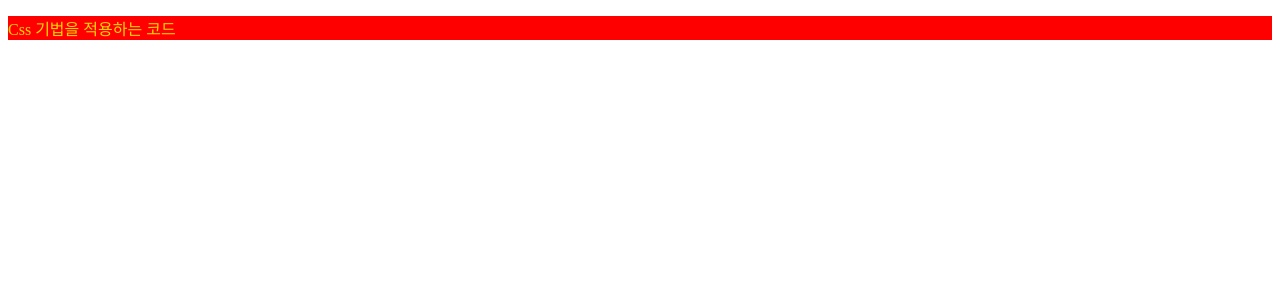
Repository: poomshen/team_03_project2
Page: WebBasic/WebContent/Ex03_Basic.html
These files come from the project's save history. The page is drawn as it stood at one moment and after the next save; the edit follows.
The browser window is 1280 px wide. The pictures show the whole page.

Above is the page before, as saved 2016-08-26 06:21:52.

After the next save:
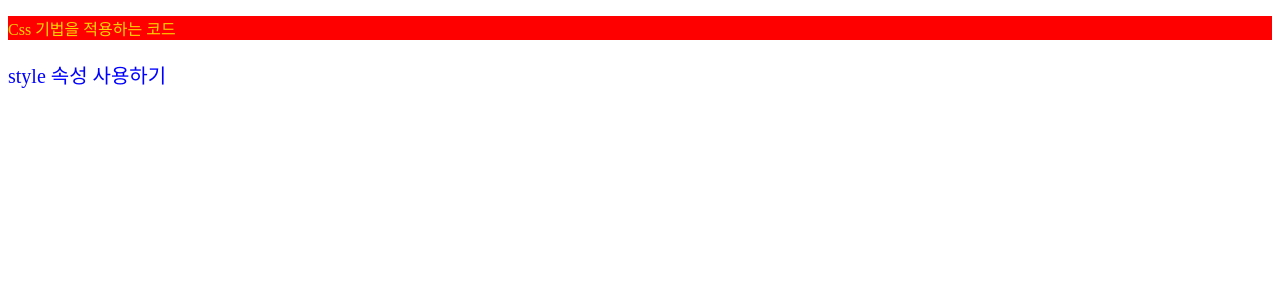
Saved 2 min 14 s later.
--- a/WebBasic/WebContent/Ex03_Basic.html
+++ b/WebBasic/WebContent/Ex03_Basic.html
@@ -16,5 +16,9 @@
 	 <p style="background-color: red;color:gold;">
 	 	Css 기법을 적용하는 코드
 	 </p>
+
+	<p style="color:blue ; font-family:궁서체;font-size:20px">
+		style 속성 사용하기
+	</p>
 </body>
 </html>
